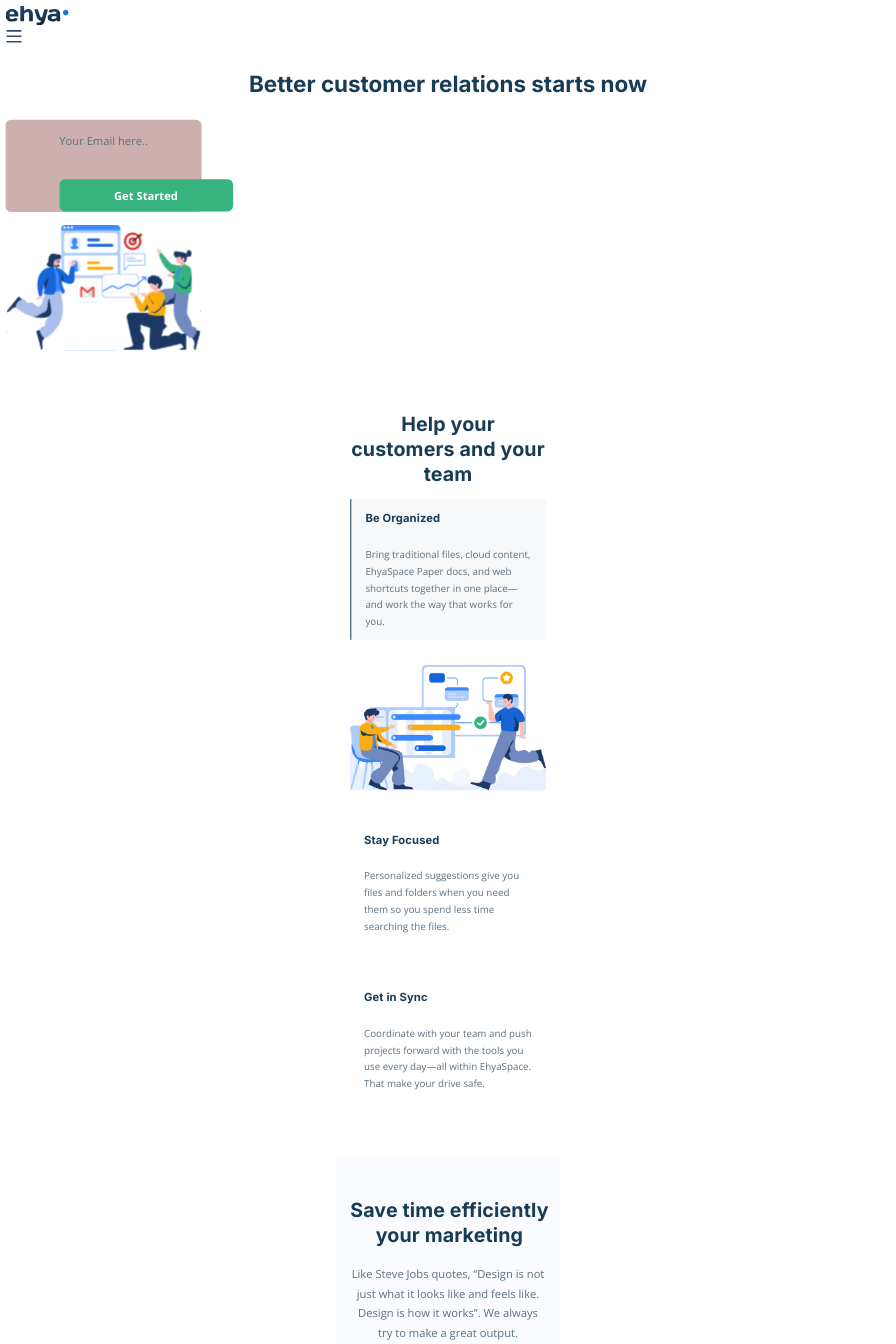
Repository: umlaufissss/provaFront
Page: HTML/index.html
These files come from the project's save history. The page is drawn as it stood at one moment and after a run of saves; the edit follows.
The browser window is 1280 px wide. The pictures show the part of the page from y = 0 to 1920 px (the page is 3531 px tall), at 70% of full size.
Some web fonts or font styles are not loaded; a fallback is used.

Above is the page before, as saved 2026-06-22 19:35:13.

### HTML/index.html
<!DOCTYPE html>
<html lang="pt-br">
<head>
    <meta charset="UTF-8">
    <meta name="viewport" content="width=device-width, initial-scale=1.0">
    <link rel="stylesheet" href="../CSS/style.css">
    <link href="https://fonts.googleapis.com/css2?family=Inter:ital,opsz,wght@0,14..32,100..900;1,14..32,100..900&family=Montserrat:ital,wght@0,100..900;1,100..900&family=Paytone+One&display=swap" rel="stylesheet">
    <link href="https://fonts.googleapis.com/css2?family=Inter:ital,opsz,wght@0,14..32,100..900;1,14..32,100..900&family=Montserrat:ital,wght@0,100..900;1,100..900&family=Open+Sans:ital,wght@0,300..800;1,300..800&family=Paytone+One&display=swap" rel="stylesheet">

    <title>Prova de Recuperação Front End</title>
</head>
<body>

    <header class="mainGrid">
        <section class="generalCard">

            <section class="topCima">

                <!-- logo -->
                <div class="sonnImg">
                    <img src="/assets/icons/Logo.svg" alt="logo">
                </div>

                <div class="menu">
                    <img src="/assets/icons/ic_Menu (1).svg" alt="menu">
                </div>

            </section>

            <section class="meio">
                <div class="phrase">
                        <h1>Better customer relations starts now<h1>
                </div>

                <div class="card">
                    <p>Your Email here..<p>

                    <button type="button" class="button-submit">Get Started</button>

                </div>

                <div class="imagemTop">
                    <img src="/assets/img/Customer Development.svg" alt="imagemInicio">
                </div>

            </section>




        </section>
    </header>


    <main class="masterBoard">

        <section class="hero" id="teamSuggestions">

            <!-- Aqui a linha não é quebrada como proposto no Figma,
             mas seus valores de width e height são idênticos no CSS
             VEJA: "#teamSuggestions h2" em style.css-->
            <h2>Help your customers and your team</h2>

            <article class="cardSuggestions" id="beOrganized">
                <h3>
                    Be Organized
                </h3>
                <p>
                    Bring traditional files, cloud content,
                    EhyaSpace Paper docs, and web
                    shortcuts together in one
                    place—and work the way that works
                    for you.
                </p>
            </article>

            <img src="../assets/img/Organize Operations.png" alt="Organize Operations with Your Team">

            <article class="cardSuggestions">
                <h3>
                    Stay Focused
                </h3>
                <p>
                    Personalized suggestions give you
                    files and folders when you need
                    them so you spend less time
                    searching the files.
                </p>
            </article>

            <article class="cardSuggestions">
                <h3>Get in Sync</h3>
                <p>
                    Coordinate with your team and push
                    projects forward with the tools you
                    use every day—all within EhyaSpace.
                    That make your drive safe.
                </p>
            </article>
        </section>

    </main>

        <section class="second" id="saveTime">

            <h2>
                Save time efficiently your marketing
            </h2>

            <p>
                Like Steve Jobs quotes, “Design is not
                just what it looks like and feels like.
                Design is how it works”. We always
                try to make a great output.
            </p>

            <a class="btnLearn" href="/">
                <button type="button" aria-label="Click here to learn more">
                    Learn More <img src="../assets/icons/arrow.png">
                </button>
            </a>

            <img class="woman" src="../assets/img/Woman Falling.png" alt="Woman learning marketing">

            <img class="line" id="dotted" src="../assets/img/Line.png">

            <article class="quoteAndries">

                <!-- Aqui a linha não é quebrada como proposto no Figma,
                 mas seus valores de width e height são idênticos no CSS
                 VEJA: "#saveTime .quoteAndries p" em style.css-->
                <p>
                    “In-context messaging lets us form 1:1
                    connections  with our users
                    more efficient.
                </p>

                <h3>Andries Grootoonk</h3>
                <h4>VP Quality Assurance</h4>

                <img src="../assets/img/LogoUnionBank.png" alt="Logo of Union Bank">
            </article>
        </section>

        <section class="third" id="support">
            <h2>We try to give all for our member</h2>
            <p>
                The customer journey differs for
                everybody—whether you use them
                together or on their own, our
                products are flexible enough to pave
                 the path that’s best for you.
            </p>

            <h3>The Support Site</h3>

            <a class="btnSupport" href="/">
                <button type="button" aria-label="Click here to have the full service experience">
                    The full service experience <img src="../assets/icons/whiteArrow.png" alt="White Arrow">
                </button>
            </a>

            <section class="supportOptions">
                <article></article>
                <article></article>
                <article></article>
                <article></article>
                <article></article>
                <article></article>
            </section>
        </section>

        <footer class="baseboard">
            <section class="principalBaseboard">
                <div class="cardFooter">
                    <h4>Product</h4>
                    <ul>
                        <li><a href="/">Landingpage</a></li>
                        <li><a href="/">Features</a></li>
                        <li><a href="/">Documentation</a></li>
                        <li><a href="/">Referral Program</a></li>
                        <li><a href="/">Pricing</a></li>
                    </ul>
                </div>

                <div class="cardFooter">
                    <h4>Services</h4>
                    <ul>
                        <li><a href="/">Documentation</a></li>
                        <li><a href="/">Design</a></li>
                        <li><a href="/">Themes</a></li>
                        <li><a href="/">Illustrations</a></li>
                        <li><a href="/">UI Kit</a></li>
                    </ul>
                </div>

                <div class="cardFooter">
                    <h4>Company</h4>
                    <ul>
                        <li><a href="/">About</a></li>
                        <li><a href="/">Terms</a></li>
                        <li><a href="/">Privacy Policy</a></li>
                        <li><a href="/">Careers</a></li>
                    </ul>
                </div>

                <div class="cardFooter">
                    <h4>More</h4>
                    <ul>
                        <li><a href="/">Documentation</a></li>
                        <li><a href="/">License</a></li>
                        <li><a href="/">Changelog</a></li>
                    </ul>
                </div>
            </section>

            <section class="bottomBaseboard">

                <div class="mainIcon">
                    <img src="/assets/icons/Logo.svg" alt="Logo 'ehya' do site">
                </div>

                <p>Build a modern and creative website with crealand</p>

                <div class="networkIcons">
                    <article class="icon">
                        <a href="/"><button><img src="/assets/icons/IconG.svg" alt="Ir para página Google"></button></a>
                    </article>

                    <article class="icon">
                        <a href="/"><button><img src="/assets/icons/IconT.svg" alt="Ir para nosso perfil do Twitter"></button></a>
                    </article>

                    <article class="icon">
                        <a href="/"><button><img src="/assets/icons/IconI.svg" alt="Ir para nosso perfil do Instagram"></button></a>
                    </article>

                    <article class="icon">
                        <a href="/"><button><img src="/assets/icons/IconL.svg" alt="Ir para nosso perfil do Linkedin"></button></a>
                    </article>

                    </div>
                </section>
        </footer>
</body>
</html>

### CSS/style.css
:root
{
    --color-white: #FFF;
    --color-vibrant-green: #36B37E;
    --color-bright-gray: #F9FBFE;
    --color-brigther-gray: #F9FBFE;
    --color-navy-blue: #183B56;
    --color-vibrant-dark-blue: #1565D8;
    --color-steel-blue: #5A7184;
    --color-gray: #B3BAC5;
    --color-dotted-line: #9DAAB6;
    --color-light-green: #EBF8F3;

    /*Opacidade*/
    --color-steel-blue-opacity10: rgba(179, 186, 197, 0.1);
}

*
{
    box-sizing: border-box;
}

.mainGrid
{
    margin: 0px;
    color: var(--color-light-green);

}

/* logo*/
.soonImg img{
  display: flex;
  justify-content: space-between;
  align-items: center;
  margin:0px;
}


.meio .phrase h1{
    font-family: "Inter" , sans-serif;
    color: #183B56;
    font-weight: 300 ;

    font-family: Inter;
    font-weight: 700;
    font-size: 32px;
    text-align: center;

}

.card{
    display: grid;
    text-align: center;
    background-color: rgb(206, 175, 175);
    color: #5A7184;

    width: 280px;
    height: 132px;
    top: 206px;
    left: 20px;


    border-radius: 8px;
    justify-content: center;
    align-items: center;
}

.card p{
    font-family: "Open Sans";
    height: 28px;
    width: 127px;


top: 222px;
left: 97px;


}


.card button{
    font-family: Open Sans;
    background-color: #36B37E;
    color: white;

    height: 46px;
    width: 248px;
    border: 0px;
    border-radius: 8px;

    font-weight: 700;
    font-size: 16px;


}

.meio .imagemTop img{
    width: 280px;
    height: 180px;

    margin: 18px 0 18px;

}



.masterBoard
{
    padding: 0 20px;
    background-color: var(--color-white);

    width: 320px;
    justify-self: center;
}

#teamSuggestions
{
    display: flex;
    flex-direction: column;
    justify-self: center;

    padding: 64px 0 56px;
}
#teamSuggestions h2
{
    font-family: "Inter", sans-serif;
    font-weight: 700;
    font-size: 28px;
    line-height: 36px;
    letter-spacing: 0.2px;
    text-align: center;

    color: var(--color-navy-blue);

    margin: 0;

    width: 280px;
    height: 108px;
}

#teamSuggestions .cardSuggestions
{
    width: 280px;
    height: 201px;
    display: flex;
    flex-direction: column;
    justify-content: center;

    margin: 12px 0;
}

#teamSuggestions .cardSuggestions h3
{
    font-family: "Inter",sans-serif;
    font-weight: 700;
    font-size: 16px;
    line-height: 20px;
    letter-spacing: 0.2px;

    color: var(--color-navy-blue);

    margin-left: 20px;
}

#teamSuggestions .cardSuggestions p
{
    font-family: Open Sans;
    font-weight: 400;
    font-size: 14px;
    line-height: 24px;
    letter-spacing: 0px;

    color: var(--color-steel-blue);
    margin-left: 20px;

    width: 240px;
}

#teamSuggestions img
{
    width: 280px;
    height: 180px;

    margin: 18px 0 18px;
}

#teamSuggestions #beOrganized
{

    background-color: var(--color-steel-blue-opacity10);
    border-left: 2px solid var(--color-steel-blue);

    margin: 18px 0;
}

#saveTime
{
    padding: 56px 20px 58px;
    background-color: var(--color-brigther-gray);

    width: 320px;
    display: flex;
    flex-direction: column;
    justify-self: center;
    text-align: center;
}

#saveTime h2
{
    font-family: "Inter", sans-serif;
    font-weight: 700;
    font-size: 28px;
    line-height: 36px;
    letter-spacing: 0.2px;
    text-align: center;

    color: var(--color-navy-blue);

    width: 284px;
    height: 72px;

    margin: 0;
}

#saveTime p
{
    font-family: "Open Sans", sans-serif;
    font-weight: 400;
    font-size: 16px;
    line-height: 28px;
    letter-spacing: 0px;
    text-align: center;

    color: var(--color-steel-blue);

    width: 280px;
    height: 112px;

    margin: 24px 0;
}

#saveTime .btnLearn
{
    display: flex;

    justify-content: center;
    margin-bottom: 34px;

    text-decoration: none;

}

#saveTime .btnLearn button
{
    font-family: "Open Sans", sans-serif;
    font-weight: 700;
    font-size: 16px;
    line-height: 100%;
    letter-spacing: 0px;

    background-color: transparent;
    border: none;
    color: var(--color-vibrant-dark-blue);
}

#saveTime .btnLearn button img
{
    margin-left: x;
}

#saveTime .woman
{
    width: 280px;
    height: 192px;
}

#saveTime #dotted.line
{
    margin: 40px 0 37px;
}

#saveTime .quoteAndries p
{
    font-family: "Open Sans", sans-serif;
    font-weight: 400;
    font-size: 14px;
    line-height: 24px;
    letter-spacing: 0px;
    text-align: center;

    width: 280px;
    height: 72px;

    margin: 0;

    color: var(--color-steel-blue);
}

#saveTime .quoteAndries h3
{
    font-family: "Open Sans", sans-serif;
    font-weight: 600;
    font-size: 16px;
    line-height: 100%;
    letter-spacing: 0px;

    color: var(--color-navy-blue);

    margin: 20px 0 7px;
}

#saveTime .quoteAndries h4
{
    font-family: Open Sans;
    font-weight: 400;
    font-size: 14px;
    line-height: 20px;
    letter-spacing: 0px;
    text-align: center;

    color: var(--color-steel-blue);

    margin: 0 0 20px;
}

#saveTime .quoteAndries img
{
    width: 102.85px;
    height: 34.1px;
}

.cardFooter ul{
    list-style-type: none;
    margin: 15px;
    margin: 0px;
    padding: 0px;

}
.cardFooter a{
    font-family: "Open Sans", sans-serif;
    font-size: 14px;
    color: var(--color-navy-blue);
    text-decoration: none;
}

After the next 2 saves:
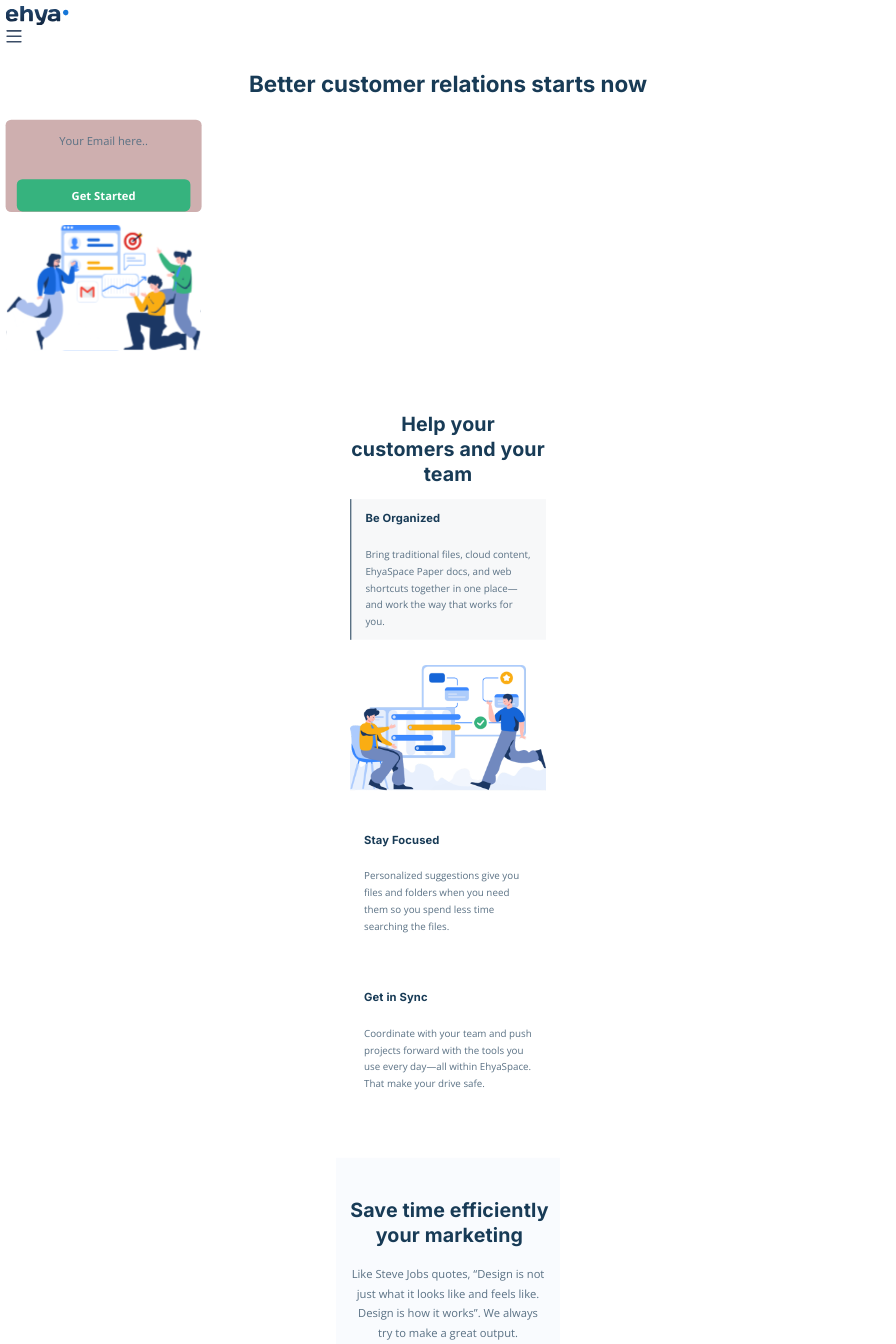
The 2 saves are shown as one change because they came seconds apart.
The last was saved 6 s later.
--- a/HTML/index.html
+++ b/HTML/index.html
@@ -161,7 +161,7 @@
             </a>
 
             <section class="supportOptions">
-                <article></article>
+                <article class=""></article>
                 <article></article>
                 <article></article>
                 <article></article>
--- a/CSS/style.css
+++ b/CSS/style.css
@@ -68,11 +68,7 @@
 .card p{
     font-family: "Open Sans";
     height: 28px;
-    width: 127px;
-
-
-top: 222px;
-left: 97px;
+    width: 127px.
 
 
 }

After the save that followed:
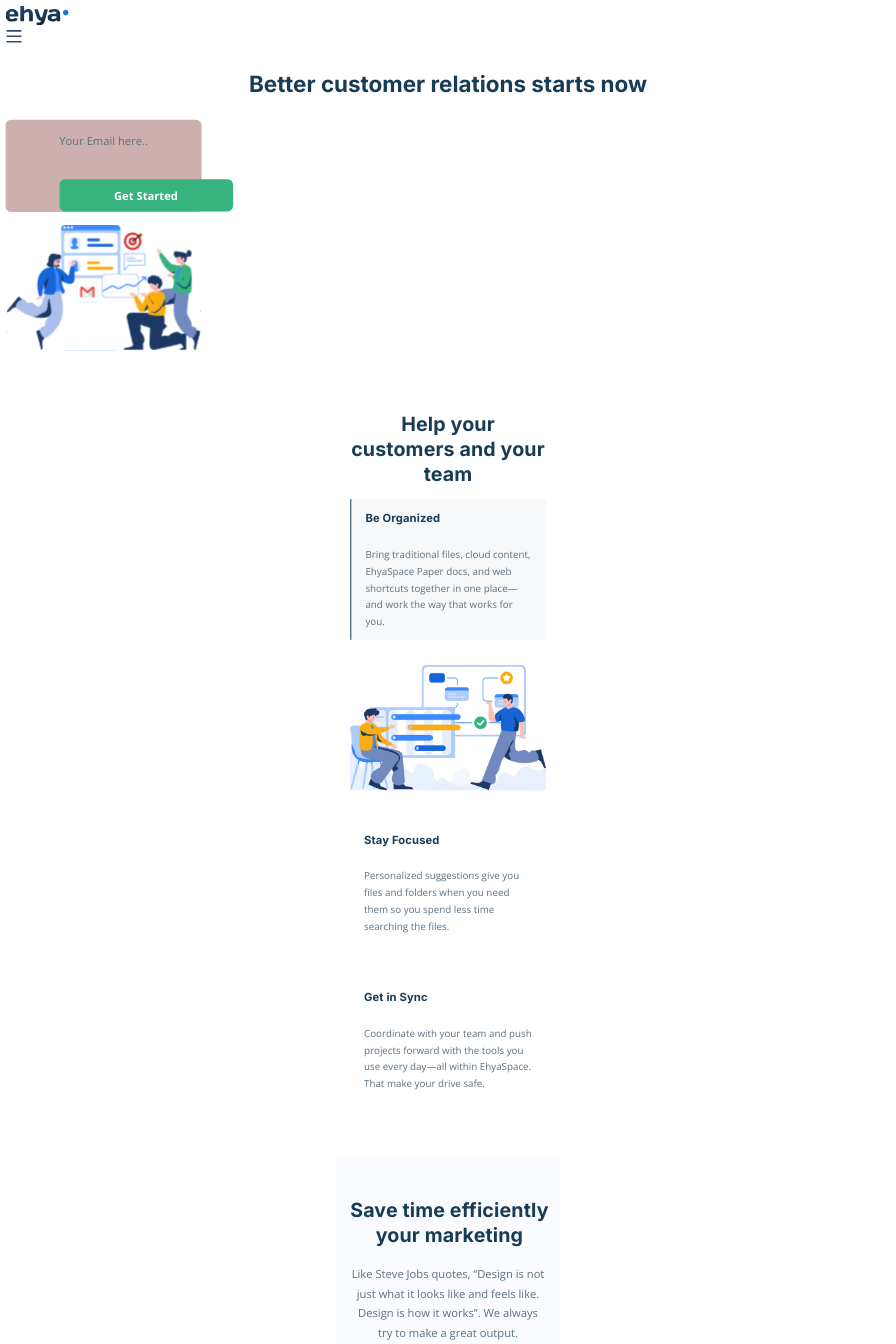
Saved 1 s later.
--- a/CSS/style.css
+++ b/CSS/style.css
@@ -68,7 +68,7 @@
 .card p{
     font-family: "Open Sans";
     height: 28px;
-    width: 127px.
+    width: 127px
 
 
 }
